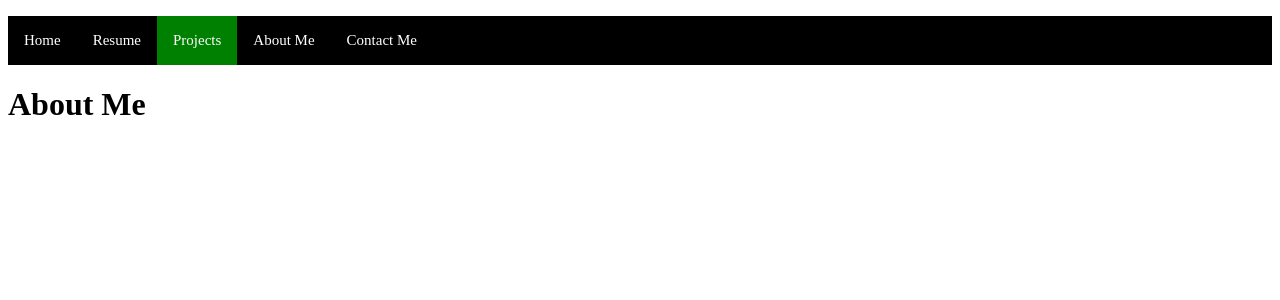
Repository: Coli-Pixel/Coli-Pixel.github.io
Page: index.html
The author's editor kept a record of every edit. The page is drawn from the files as they stood at one moment, then again after the next edit.
The browser window is 1280 px wide. The pictures show the whole page.

Above is the page before.

After the next edit:
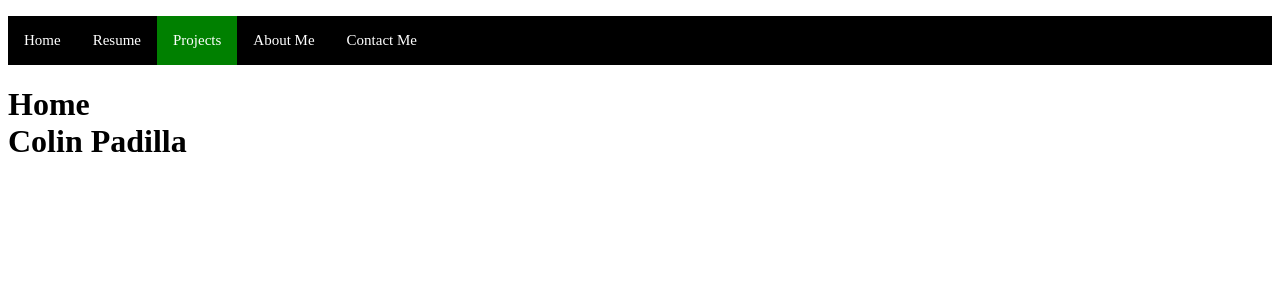
The edit:
--- a/index.html
+++ b/index.html
@@ -19,6 +19,20 @@
             <li><a href="/about-me.html">About Me</a></li>
             <li><a href="/contact-me.html">Contact Me</a></li>
         </ul>
-        <h1>About Me</h1>
+        <h1>
+            Home
+            <br>
+            Colin Padilla
+        </h1>
+        <table>
+            <th>
+
+            </th>
+            <tr>
+                <ti></ti>
+                <ti></ti>
+                <ti></ti>
+            </tr>
+        </table>
     </body>
 </html>
